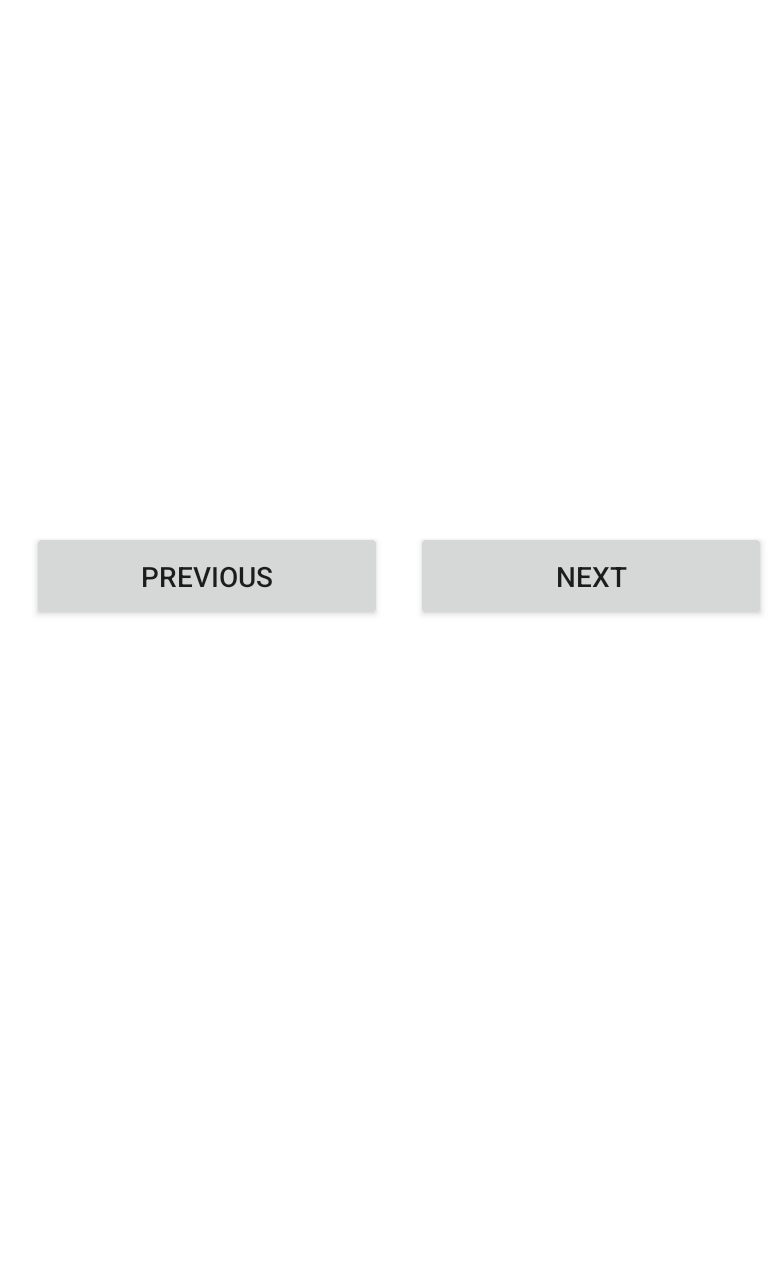
Repository: Warun26/PropertySearch
Layout: PropertySearch/res/layout/historical_zestimates_tab.xml
The author's editor kept a copy of each file at every save. The layout is drawn from the files as they stood at one save, then again after the next save.
It is drawn on a 768 x 1280 px phone screen (xhdpi) without system bars, with theme AppTheme; the app's code is not run. The app's manifest (not shown) leaves right-to-left support off. So textAlignment, textDirection and layoutDirection are ignored, and left and right values win over start and end ones.

Above is the layout before, as saved 2014-11-23 05:11:34.

After the next save:
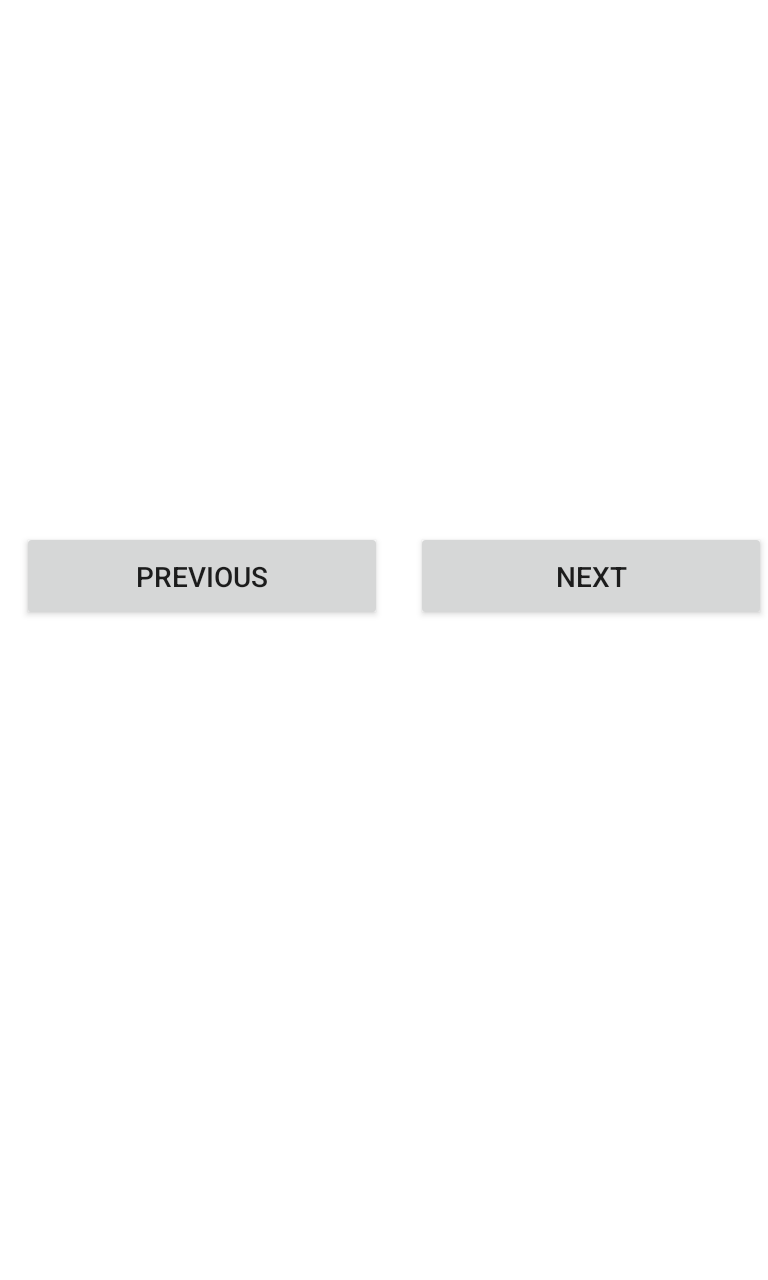
Saved 2 min 18 s later.
--- a/PropertySearch/res/layout/historical_zestimates_tab.xml
+++ b/PropertySearch/res/layout/historical_zestimates_tab.xml
@@ -44,8 +44,8 @@
 	        android:layout_width="fill_parent"
 	        android:layout_height="wrap_content"
 	        android:text="@string/previous"
-	        android:layout_marginLeft="15dp"
-	        android:layout_marginStart="7dp"
+	        android:layout_marginLeft="10dp"
+	        android:layout_marginStart="10dp"
 	        android:layout_marginTop="20dp"
 	        android:paddingLeft="3dp"
 	        android:paddingRight="3dp"
